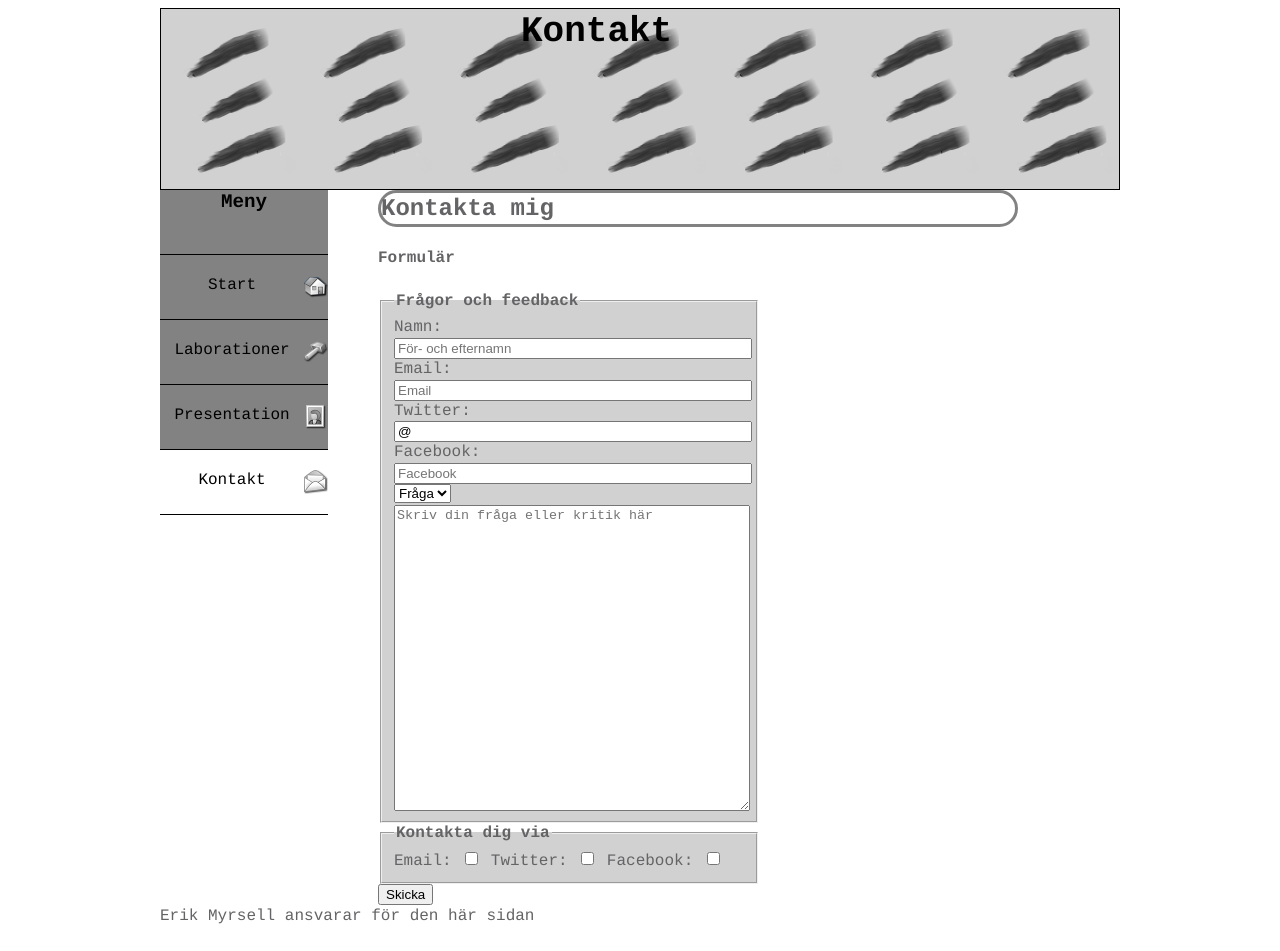
Repository: em222mt/1IK415_em222mt
Page: pages/kontakt.html
The author's editor kept a record of every edit. The page is drawn from the files as they stood at one moment, then again after the next edit.
The browser window is 1280 px wide. The pictures show the whole page.

Above is the page before.

### pages/kontakt.html
<!doctype html>
<html lang="sv">

<head>
    <meta charset="utf-8">
    <meta name="viewport" content="width=device-width, initial scale=1.0">

    <title>Kontakt</title>

    <link rel="stylesheet" media="only screen and (min-width: 482px)" href="../css/basic.css">
    <link rel="stylesheet" media="print" href="../css/print.css">
    <link rel="stylesheet" media="only screen and (max-width: 481px)" href="../css/sscreen.css">

    <link rel="shortcut icon" href="../pics/favicon.png" type="png">
    <link rel="apple-touch-icon" href="../pics/apple-touch-icon-small.png">
    <link rel="apple-touch-icon" sizes="114x114" href="../pics/apple-touch-icon-big.png">

        <script>
        document.createElement("header");
        document.createElement("hgroup");
        document.createElement("footer");
        document.createElement("article");
        document.createElement("main");
        document.createElement("section");
        document.createElement("nav");
        document.createElement("aside");
        document.createElement("address");
    </script>
</head>

    <body>
        <div id="container">

            <header>
                <h1 class="headertitle">Kontakt</h1>
            </header>

            <nav>

                <ul>
                    <li>Meny</li>
                    <li><a href="../index.html">Start</a><a id="home-icon" href="../index.html"></a></li>
                    <li><a href="laborationer.html">Laborationer</a><a id="work-icon" href="laborationer.html"></a></li>
                    <li><a href="presentation.html">Presentation</a><a id="bio-icon" href="presentation.html"></a></li>
                    <li class="active"><a href="kontakt.html">Kontakt</a><a id="contact-icon" href="kontakt.html"></a></li>
                </ul>

            </nav>

            <main>

            <header class="pageheader">
                <h2>Kontakta mig</h2>
            </header>

            <!-- Formulär börjar här -->

            <article>

                <header>
                    <h4 id="formtitle">Formulär</h4>
                </header>

                <form id="form" action="http://voyager.lnu.se/tekinet/kurser/dtt/wp_webbintro/form.php" method="post">
                    <fieldset>
                        <legend class="formframe">Frågor och feedback</legend>

                            <label class="formunit" for="namn">Namn:</label>
                            <input class="formunit" placeholder="För- och efternamn" type="text" name="namn" id="namn" />

                            <label class="formunit" for="email">Email:</label>
                            <input class="formunit" placeholder="Email" type="email" name="email" id="email" />

                            <!--kan jag ha value OCH en placeholder här?-->

                            <label class="formunit" for="twitter">Twitter:</label>
                            <input class="formunit" value="@" type="text" name="twitter" id="twitter" />

                            <label class="formunit" for="facebook">Facebook:</label>
                            <input class="formunit" placeholder="Facebook" type="text" name="facebook" id="facebook" />


                            <select name="fråga eller feedback">
                                <option value="Fråga" selected> Fråga </option>
                                <option value="Ris"> Ris </option>
                                <option value="Ros"> Ros </option>
                            </select>


                            <textarea class="formunit" id="formtext" for="textarea" cols="20" rows="20" placeholder="Skriv din fråga eller kritik här"></textarea>

                   </fieldset>

                   <fieldset>
                       <legend class="formframe">Kontakta dig via</legend>

                            <label for="recepientemail">Email:</label>
                            <input type="checkbox" name="recepientemail" id="recepientemail" />
                            <label for="recepienttwitter">Twitter:</label>
                            <input type="checkbox" name="recepienttwitter" id="recepienttwitter" />
                            <label for="recepientfacebook">Facebook:</label>
                            <input type="checkbox" name="recepientfacebook" id="recepientfacebook" />

                    </fieldset>

                    <input id="formsubmit" type="submit" value="Skicka" />

                </form>

            </article>

            </main>

            <footer>
                <p>Erik Myrsell ansvarar för den här sidan</p>
            </footer>

        </div>

    </body>
</html>

### css/basic.css
/*
Background main: #FFFFFF
Background aside: #838283
Background header/footer: #D1D1D1
text-color: #646466
*/

/*Layout*/

article, aside, details, figcaption, figure,
footer, header, hgroup, main, menu, nav,
section{
    display: block;
}

a:link 	    { color: black; }
a:visited 	{ color: gray; }
a:focus 	{ color: #838283; }
a:hover	    { color: #6495ED; background-color: white;}
a:active 	{ color: #FFFFFF; }

/*Container*/

#container {
    max-width: 960px;
    overflow: auto;
    margin: 0 auto;
}

/*----------------------------------------*/

/*Header*/

header h1 {
    border-style: solid;
    border-width: 1px;
    width: 958px;
    background-color: #D1D1D1;
    background-image: url(../pics/Logo5.png);
    background-repeat: round;
    background-position: left;
    text-indent: 300px;
    height: 180px;
}

header h2 {
    margin: 0 auto;
    border: 3px solid #838283;
    border-top-right-radius: 30px;
    border-top-left-radius: 30px;
    border-bottom-right-radius: 30px;
    border-bottom-left-radius: 30px;
}

#bloggheader {
    margin: 10px 10px 10px 10px;
    text-align: center;
}

/*----------------------------------------*/

/*Navigation*/

nav {
    float: left;
    color: #646466;
    background-color: #838283;
    width: 168px;
}

nav li{
    border-bottom: 1px solid black;
    height: 64px;
}

nav a{
    float: left;
}

nav ul {
    list-style-type: none;
    margin: 0;
    padding: 0;
}

nav > ul > li:nth-child(1){
    color: black;
    font-weight: bold;
    font-size: 1.2em;
    text-align: center;
}

nav a:nth-child(2) {
    float: left;
    background-image: url(pics/sprite.png);
    display: block;
    width: 24px;
    height: 24px;
    position: relative;
    top: 20px;
}

#home-icon          { background-position: 0 -48px;}
#home-icon:hover    { background-position: 0 0;}

#work-icon          { background-position: 0 -144px; }
#work-icon:hover    { background-position: 0 -96px; }

#bio-icon           { background-position: 0 -240px;}
#bio-icon:hover     { background-position: 0 -192px;}

#contact-icon       { background-position: 0 -336px;}
#contact-icon:hover { background-position: 0 -288px;}


nav a:nth-child(1){
    display: block;
    width: 144px;
    height: 43px;
    padding-top: 20px;
    text-align: center;
    color: black;
    text-decoration: none;

}

nav li:hover:nth-child(n+2) { color: #6495ED; background-color: white;}

li.active {
    background-color: white;
}

/*----------------------------------------*/

/*Content*/

main {
    float: left;
    max-width: 788px;
    background-color: #FFFFFF;
    padding-right: 50px;
    padding-left: 50px;
}

main, p {
    color: #646466;
    font-family: courier , serif;
    line-height: 130%;
    width: 640px;
}

.entry a {
    text-decoration: none;
    color: #838283;
    margin-left: 30px;
    border: 1px solid #838283;
    border-top-right-radius: 10px;
    border-top-left-radius: 10px;
    border-bottom-right-radius: 10px;
    border-bottom-left-radius: 10px;
}

.entryfooter {
    font-style: italic;
    border: none;
    background-color: white;

}

.blog {
    border-bottom: 2px solid #838283;
}
.comments {
    background-color: #F9F7FF;

}

h4 {
    font-weight: bold;
}

.commentfooter {
    font-style: italic;
}

/*----------------------------------------*/

/*Footer*/

#footer {
    border-style: solid;
    border-width: 1px;
    clear: both;
    max-width: 958px;
    background-color: #D1D1D1;
}

/*----------------------------------------*/

/*Presentation*/

#biopic{
    float: right;
    width: 50%;
    height: 50%;
    margin-left: 10px;
    margin-bottom: 10px;
}

/*----------------------------------------*/

/*Storleksanpassat bild i inlägg 2*/
#gubbe {
    max-width: 450px;
}

/*fonts*/
h1, h2, h3, ul, ol, li, form, a {
    color: #646466;
    font-family: courier , serif;
    line-height: 130%;
}

/*----------------------------------------*/

/*Tabell på laboration.html*/

main table tr td {
    width: 40%;
    border: 2px solid #838283;
    text-align: center;
    border-top-right-radius: 5px;
    border-bottom-right-radius: 5px;

}

#table th {
    border: 2px solid #838283;
    font-size: 1.03em;
    border-top-right-radius: 5px;
    border-bottom-right-radius: 5px;
}

tfoot {
    font-size: 1.03em;
}

/*----------------------------------------*/

/*Lagt till padding för att bulka upp index- och kontaktsidan.*/

#contact {
    padding-right: 20px;
    padding-left: 20px;
}

/*----------------------------------------*/

/*Anpassat headerns text*/

.headertitle {
    margin: 0 auto;
    text-indent: 360px;
    color: black;
    font-size: 2.25em;
}

/*----------------------------------------*/

/*Lagt till en bild vid blogginläggen*/

.entry {
    background-image: url(../pics/post.png);
    background-repeat: no-repeat;
    background-position: top left;
    text-indent: 35px;
}
.entrypic {
    float: right;
    width: 35%;
}

/*----------------------------------------*/

/*Formulär*/

#form fieldset {
    width: 350px;
    background-color: #D1D1D1;
}

.formframe {
    font-weight: bold;
}

.formunit {
    float: left;
    width: 100%;
}
/*----------------------------------------*/

### css/print.css
/*
Background main: #FFFFFF
Background aside: #838283
Background header/footer: #D1D1D1
text-color: #646466
*/

/*Layout*/

a:link 	    { color: black; }
a:visited 	{ color: gray; }
a:focus 	{ color: #838283; }
a:hover	    { color: #6495ED; }
a:active 	{ color: #FFFFFF; }

/*Tryck ihop text för utskrift och ändra färgr*/

@media print {
    a, h1, h2, h3, p, table {
        color: #000000;
        background-color: #ffffff;
        max-width: 500px;
    }
}

@media print {
    ul, ol, dl, li {
        color: #000000;
        background-color: #ffffff;
        max-width: 400px;
    }
}
/*--------------------------------------*/

/*Content*/
@media print {
    #content {
        color: #000000;
        background-color: #ffffff;
        /*display: none;*/
        border: none;
        max-width: 960px;
    }
}
/*--------------------------------------*/

/*Dölj bilder och annan media*/

@media print {
    #gubbe {
        display: none;
    }
}

@media print {
#blogg > div:nth-child(2) > img {
    display: none;
}
}

@media print {
.video {
    display: none;
}
}

@media print {
#bild {
    display: none;
}
}
/*--------------------------------------*/

@media print{
       a:after{content:" (" attr(href) ") ";

       }
}
/*Navigation*/

@media print {
#navigation {
    display: none;
    border: none;
    color: #ffffff;
    background-color: #ffffff;
    }
}
/*--------------------------------------*/

/*header*/

@media print {
    #header {
        color: #ffffff;
        background-color: #ffffff;
        display: none;
        border: none;
        border-style: none;
    }
}
/*--------------------------------------*/

/*header*/
@media print {
    #footer {
        color: #000000;
        background-color: #ffffff;
        display: none;
        border: none;
        border-style: none;
    }
}
/*--------------------------------------*/

### css/sscreen.css
/*Layout*/

a:link 	    { color: black; }
a:visited 	{ color: gray; }
a:focus 	{ color: #838283; }
a:hover	    { color: #6495ED; background-color: white;}
a:active 	{ color: #FFFFFF; }

/*----------------------------------------*/

/*Fonts*/
h1, ul, ol, form, a, p {
    color: #646466;
    font-family: courier , serif;
    line-height: 130%;
    font-size: 0.9em;
}

h2, h3, li {
    color: #646466;
    font-family: courier , serif;
    line-height: 130%;
}

h2 {
    text-align: center;
}


/*Container*/

#container {
    width: auto;
}

/*----------------------------------------*/

/*Header*/

header h1 {
    border-style: solid;
    border-width: 1px;
    max-width: 100%;
    background-color: #D1D1D1;
    background-image: url(../pics/Logo5.png);
    background-repeat: repeat;
    background-position: left;
    text-align: center;
}

header h2 {
    margin: 0 auto;
    border: 3px solid #838283;
    border-top-right-radius: 30px;
    border-top-left-radius: 30px;
    border-bottom-right-radius: 30px;
    border-bottom-left-radius: 30px;
}

#bloggheader {
    margin: 10px 10px 10px 10px;
    text-align: center;
}



/*Content*/

#content {
        width: auto;
        float: none;
        text-align: left;
        padding: 0 0 0 0;
        margin: 0 0 0 0;
}

#content > ol:nth-child(7) > li:nth-child(4) > ol > li{

    word-break: break-all;
}

/*----------------------------------------*/


/*Navigation*/

nav {
        width: auto;
}

nav{
    color: #646466;
    background-color: #838283;
    max-width: 100%;
}

nav li{
    border-bottom: 1px solid black;
    height: 64px;
    font-size: 1.1em;
}

nav a{
    float: left;
}

nav ul {
    list-style-type: none;
    margin: 0;
    padding: 0;
}

nav > ul > li:nth-child(1){
    color: black;
    font-weight: bold;
    font-size: 1.2em;
    text-align: center;
}

nav a:nth-child(2) {
    float: left;
    background-image: url(pics/sprite.png);
    display: block;
    width: 24px;
    height: 24px;
    position: relative;
    top: 20px;
}

#home-icon          { background-position: 0 -48px;}
#home-icon:hover    { background-position: 0 0;}

#work-icon          { background-position: 0 -144px; }
#work-icon:hover    { background-position: 0 -96px; }

#bio-icon           { background-position: 0 -240px;}
#bio-icon:hover     { background-position: 0 -192px;}

#contact-icon       { background-position: 0 -336px;}
#contact-icon:hover { background-position: 0 -288px;}


nav a:nth-child(1){
    float: right;
    display: block;
    width: 270px;
    height: 43px;
    padding-top: 20px;
    text-indent: 10px;
    color: black;
    text-decoration: none;
}

nav li:hover:nth-child(n+2) { color: #6495ED; background-color: white;}



li.active {
    background-color: white;
}

/*----------------------------------------*/


/*Bilder*/

img {
    max-width: 100%;
}

/*----------------------------------------*/


h3.entry {
    background-image: url(../pics/post.png);
    background-repeat: no-repeat;
    background-position: top left;
    text-indent: 35px;
}

.headertitle {
    margin: 0 auto;
    color: black;
    font-size: 2.25em;
}

h3 {
    text-align: center;
}

/*----------------------------------------*/

/*Footer*/

#footer {
    border-style: solid;
    border-width: 1px;
    clear: both;
    background-color: #D1D1D1;
}
/*----------------------------------------*/

/*Formulär*/

#form fieldset {
    max-width: 100%;
    background-color: #D1D1D1;
}

.formframe {
    font-weight: bold;
}

.formunit {
    float: left;
    width: 100%;
}

#recepientemail
{
    width: 70%;
}

#recepienttwitter
{
    width: 60%;
}

#recepientfacebook
{
    width: 50%;
}

#formsubmit
{
    margin-top: 15px;
    margin-bottom: 15px;
    alignment-adjust: middle;
}

#form input {
    max-width: 95%;
}
/*----------------------------------------*/

/*Tabell på laboration.html*/

#content table tr td {
    width: 40%;
    border: 2px solid #838283;
    text-align: center;
    border-top-right-radius: 5px;
    border-bottom-right-radius: 5px;

}

#table th {
    border: 2px solid #838283;
    font-size: 1.03em;
    border-top-right-radius: 5px;
    border-bottom-right-radius: 5px;
}

tfoot {
    font-size: 1.03em;
}

After the next edit:
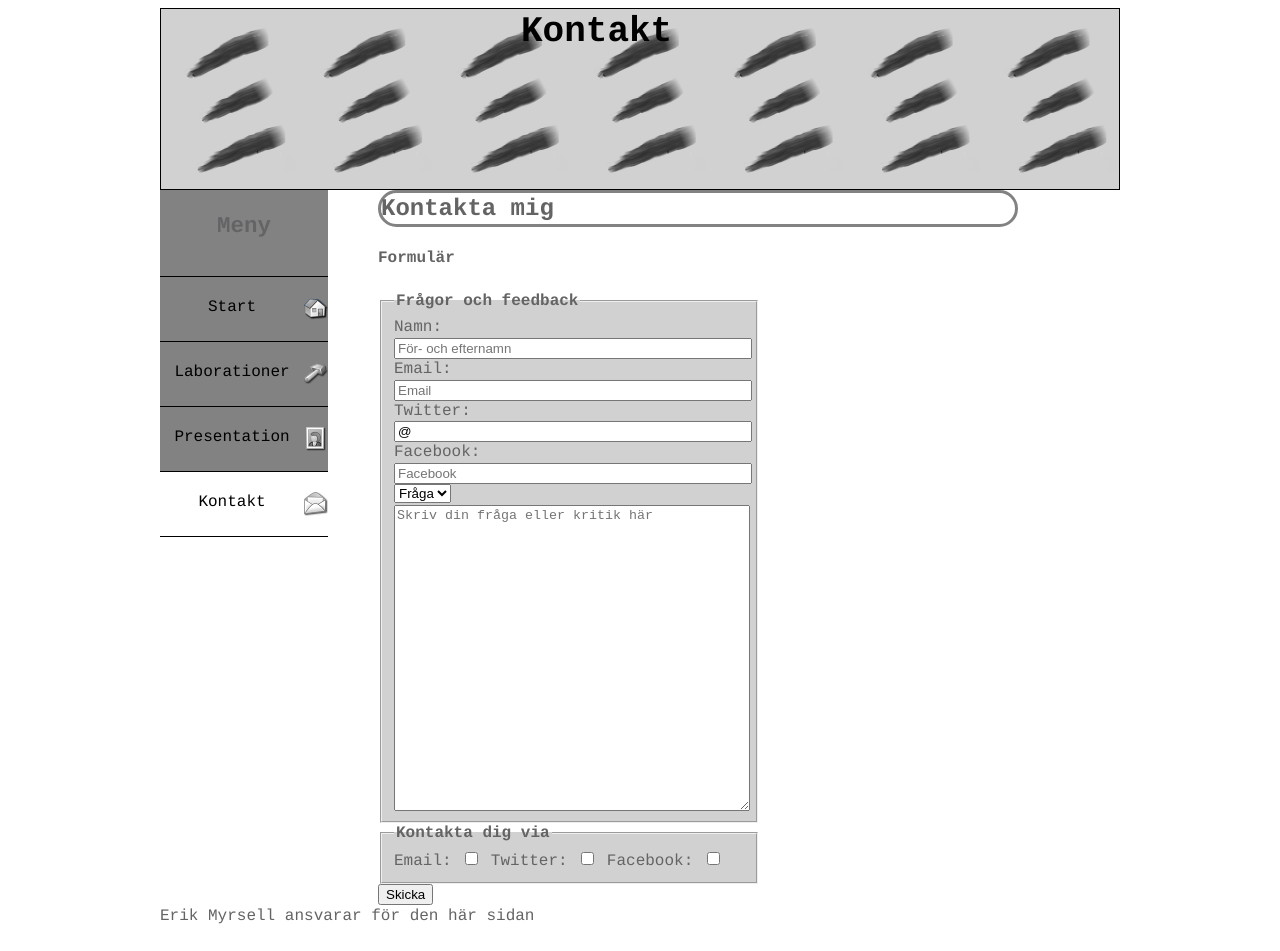
The edit:
--- a/pages/kontakt.html
+++ b/pages/kontakt.html
@@ -38,7 +38,7 @@
             <nav>
 
                 <ul>
-                    <li>Meny</li>
+                    <li><h3>Meny</h3></li>
                     <li><a href="../index.html">Start</a><a id="home-icon" href="../index.html"></a></li>
                     <li><a href="laborationer.html">Laborationer</a><a id="work-icon" href="laborationer.html"></a></li>
                     <li><a href="presentation.html">Presentation</a><a id="bio-icon" href="presentation.html"></a></li>
